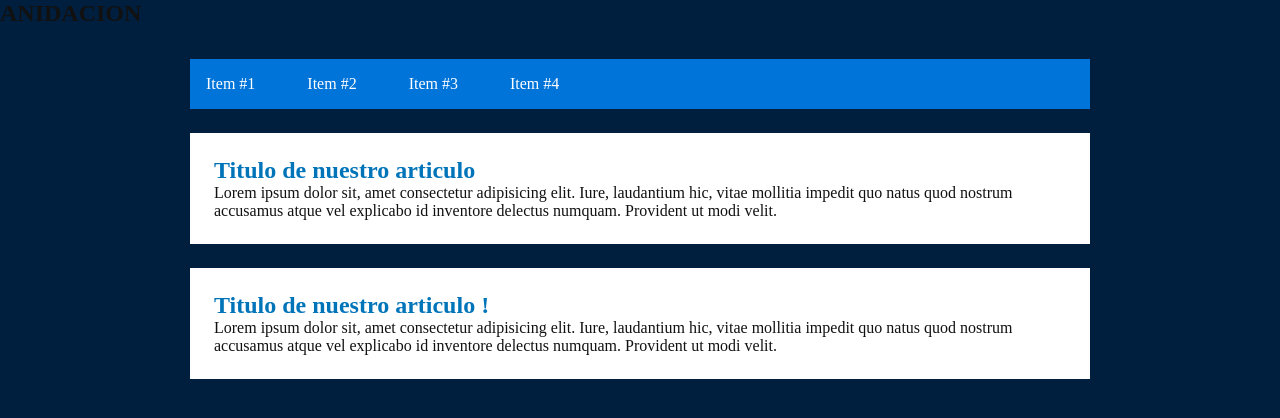
Repository: Alan966/Sass-desde-cero
Page: claseThree/index.html
These files come from the project's save history. The page is drawn as it stood at one moment and after the next save; the edit follows.
The browser window is 1280 px wide. The pictures show the whole page.
The style sheet was rebuilt from its Sass, Less or Tailwind sources for each picture, by a compiler version that may differ from the author's.

Above is the page before, as saved 2022-09-07 12:38:40.

### claseThree/index.html
<!DOCTYPE html>
<html lang="en">
<head>
    <meta charset="UTF-8">
    <meta http-equiv="X-UA-Compatible" content="IE=edge">
    <meta name="viewport" content="width=device-width, initial-scale=1.0">
    <title> SASS ANIDACION </title>
    <link rel="stylesheet" href="main.css">
</head>
<body>
    <h2>ANIDACION</h2>

    <section class="contenedor">
        <header>
            <nav>
                <a href="#">Item #1</a>
                <a href="#">Item #2</a>
                <a href="#">Item #3</a>
                <a href="#">Item #4</a>
            </nav>
        </header>

        <section class="main">
            <article>
                <h2>Titulo de nuestro articulo</h2>
                <p>Lorem ipsum dolor sit, amet consectetur adipisicing elit. Iure,
                     laudantium hic, vitae mollitia impedit quo natus quod nostrum
                     accusamus atque vel explicabo id inventore delectus numquam.
                     Provident ut modi velit.</p>
            </article>

            <article>
                <h2>Titulo de nuestro articulo !</h2>
                <p>Lorem ipsum dolor sit, amet consectetur adipisicing elit. Iure,
                     laudantium hic, vitae mollitia impedit quo natus quod nostrum
                     accusamus atque vel explicabo id inventore delectus numquam.
                     Provident ut modi velit.</p>
            </article>
        </section>
    </section>
</body>
</html>

### claseThree/main.sass
// Estilos css
// Anidaciones

*
    margin: 0
    padding: 0
    box-sizing: border-box

body
    background: #001F3F
    color: #111

a
    text-decoration: none

a:hover
    text-decoration: underline

.contenedor
    width: 90%
    max-width: 900px
    margin: 2em auto

// Header

header
    background: #0074D9
    margin-bottom: 1.5em
    nav
        a
            padding: 1em
            color: #FFF
            text-decoration: none
            background: #0074d9
            display: inline-block
            margin-right: 1em
            border-radius: 5px

header nav a:hover
    background: #FF851B
    text-decoration: none

// Section .Main

.main article
    padding: 1.5em
    background: #FFF
    margin-bottom: 1.5em
    border-shadow: 5px 5px 2px #000

.main article h2
    color: #0074b9

After the next save:
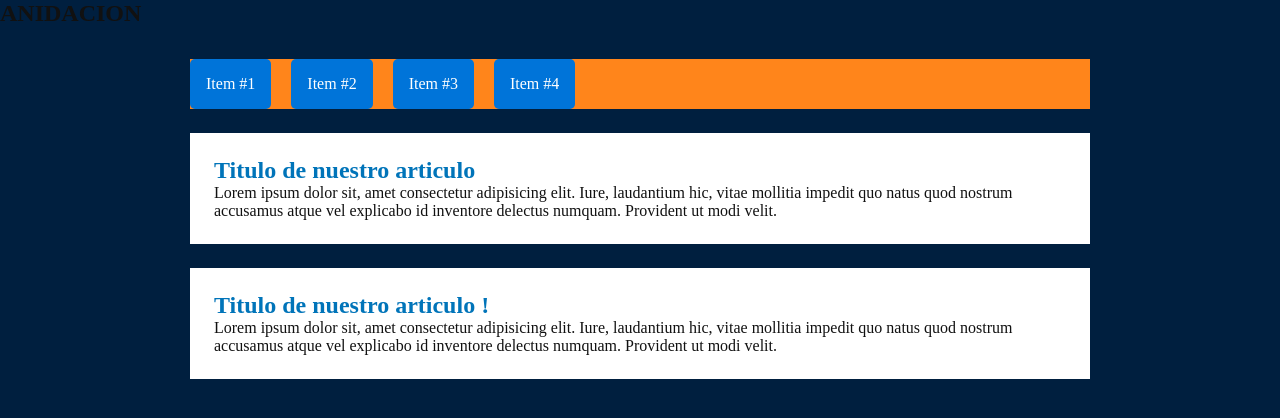
Saved 60 s later.
--- a/claseThree/main.sass
+++ b/claseThree/main.sass
@@ -36,9 +36,11 @@ header
             margin-right: 1em
             border-radius: 5px
 
-header nav a:hover
-    background: #FF851B
-    text-decoration: none
+header
+    nav
+        a:hover
+        background: #FF851B
+        text-decoration: none
 
 // Section .Main
 
